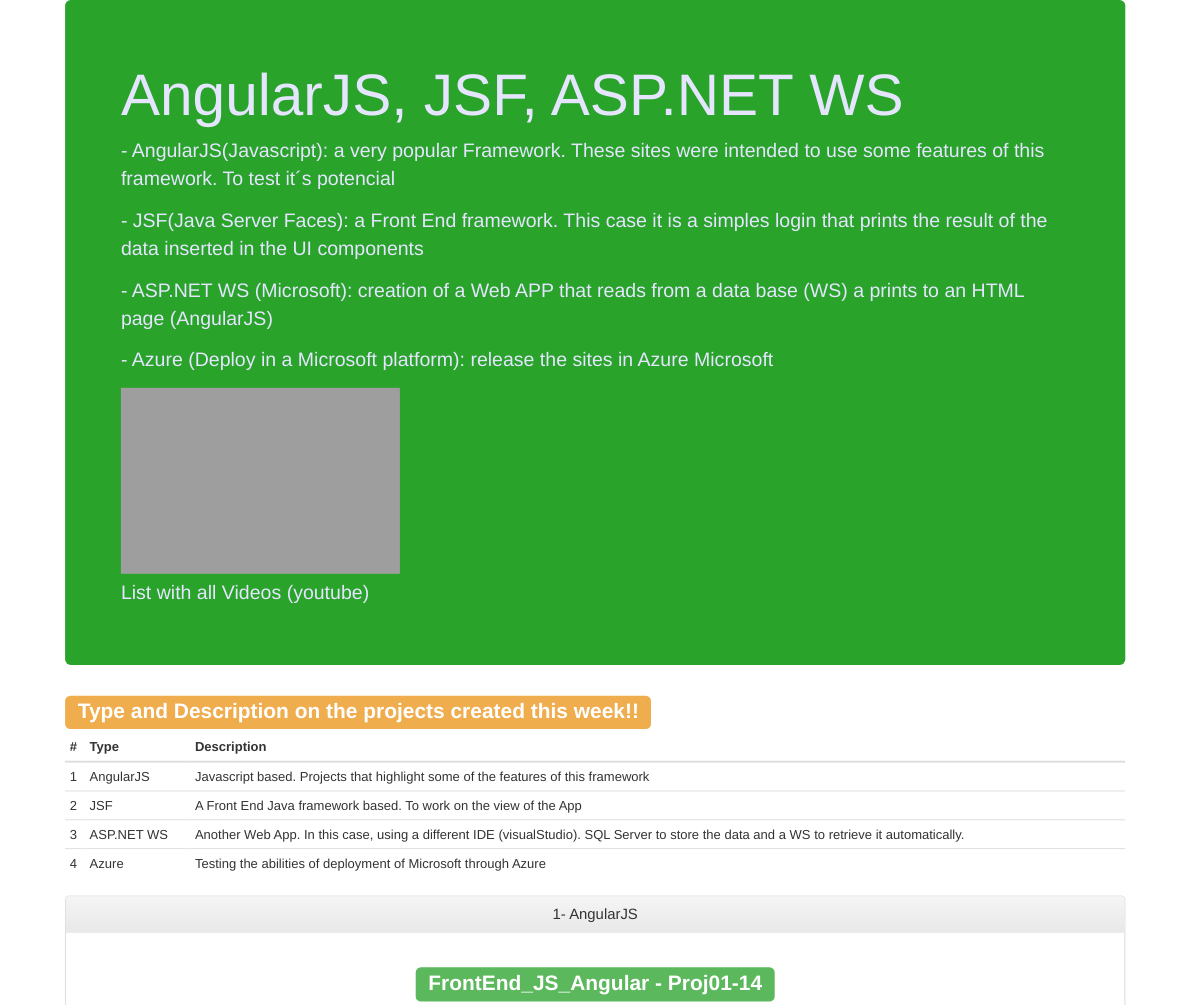
Repository: atafs/Deploy_GoogleAppEngine_webAPPS
Page: Project_002_Deploy_americotomasLIB/war/index.html
The author's editor kept a copy of each file at every save. The page is drawn from the files as they stood at one save, then again after the next save.
The browser window is 1280 px wide. The pictures show the part of the page from y = 0 to 1081 px (the page is 2904 px tall), at 93% of full size.
Pictures or frames that could not be fetched are drawn as grey boxes.

Above is the page before, as saved 2016-02-04 17:23:41.
Console error (its wording comes from the project's code and is left out).

After the next save:
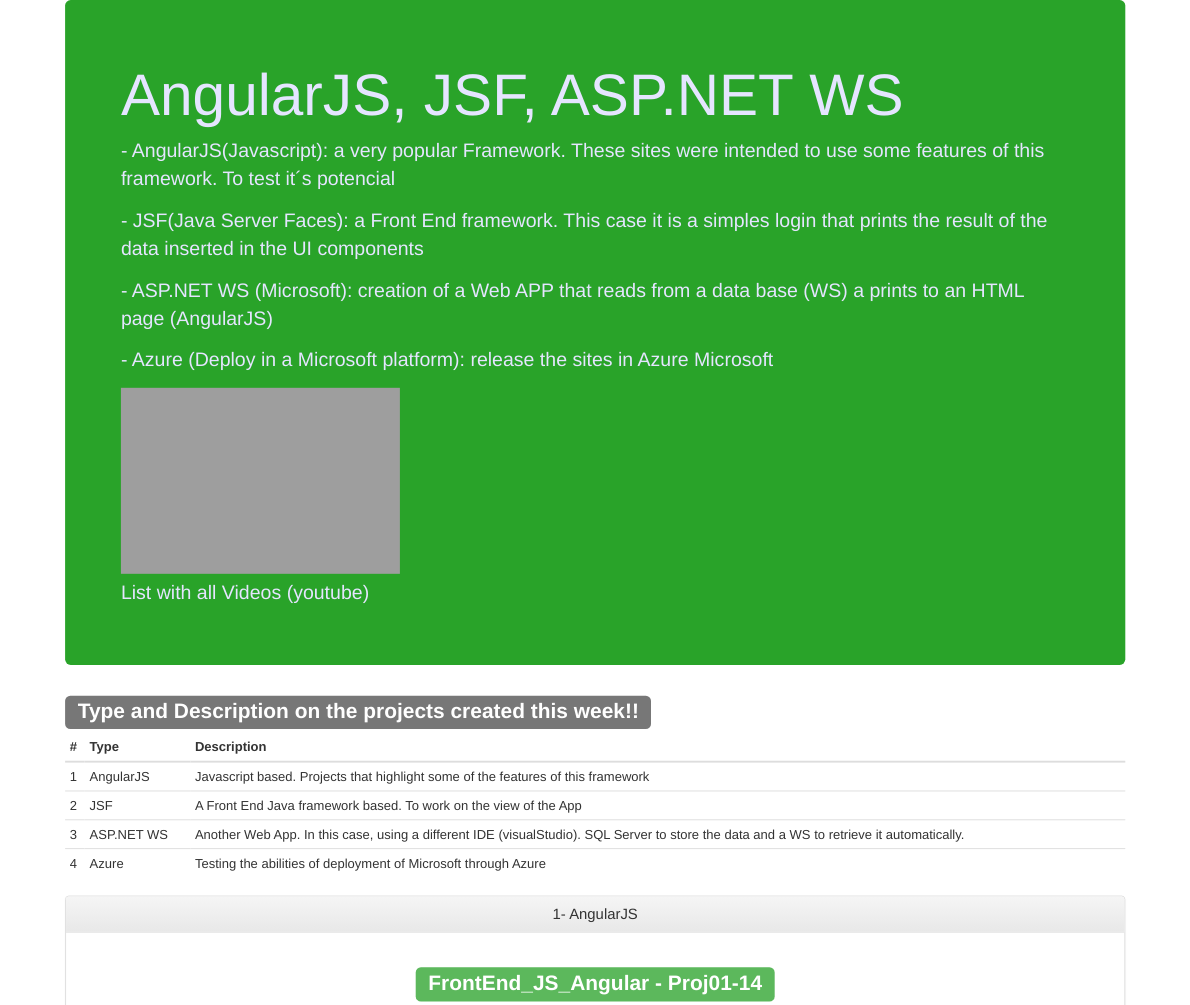
Saved 53 s later.
--- a/Project_002_Deploy_americotomasLIB/war/index.html
+++ b/Project_002_Deploy_americotomasLIB/war/index.html
@@ -27,7 +27,7 @@
 
 		</div>
 		<h2>
-			<span class="label label-warning">Type and Description on the
+			<span class="label label-default">Type and Description on the
 				projects created this week!!</span>
 		</h2>
 		<div class="row-md-6">
